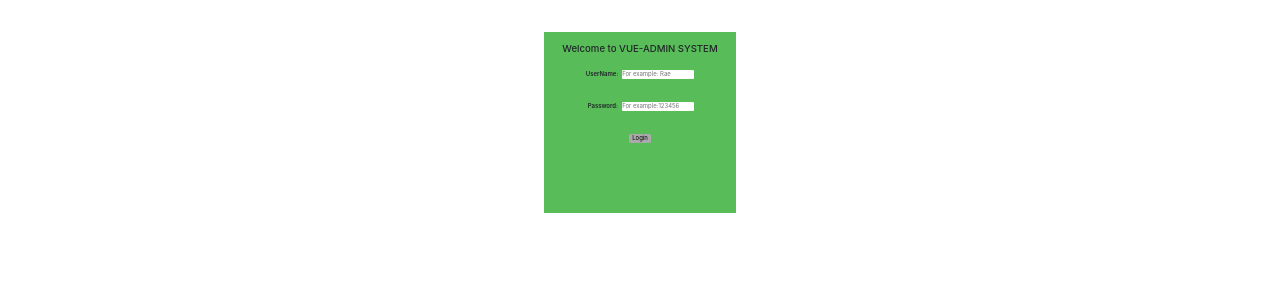
Repository: gzh51904/baiyangApp
Page: / (app in houtai/Vue-admin/)
An editor plug-in stored every save of this project. The page is shown before and after the next save, followed by the edit.
The browser window is 1280 px wide. The pictures show the whole page.
The project was rebuilt for these pictures with package versions that can differ from the ones it lists, and the page was loaded fresh each time. Also part of the build but not shown: houtai/Vue-admin/vue.config.js.

Above is the page before, as saved 2019-05-11 17:01:44.

### houtai/Vue-admin/public/index.html
<!DOCTYPE html>
<html lang="en">
  <head>
    <meta charset="utf-8">
    <meta http-equiv="X-UA-Compatible" content="IE=edge">
    <meta name="viewport" content="width=device-width,initial-scale=1.0">
    <link rel="icon" href="<%= BASE_URL %>favicon.ico">
    <title>secco-admin</title>
    <link rel="stylesheet" href="./base.css">
    <style>
      *{
        margin:0px ;
        padding:0px;
      }
    html,body{
      width:100%;
      height:100%;
    }
    </style>
  </head>
  <body>

    <div id="app"></div>
    <!-- built files will be auto injected -->
  </body>
</html>

### houtai/Vue-admin/src/main.js
import Vue from 'vue'
import App from './App.vue'
import router from './router/router'
import store from './store'

// import axios from "axios";
// Vue.prototype.$axios = axios;

// import bootstrap lib to the project,没有路径就会直接去找node_modules
import "bootstrap";

import 'lib-flexible';
Vue.config.productionTip = false

new Vue({
  router,
  store,
  render: h => h(App)
}).$mount('#app')

### houtai/Vue-admin/src/App.vue
<template>
  <div id="app">

    <router-view/>
  </div>
</template>
<script>

export default {

}
</script>

<style>
@import  '../node_modules/bootstrap/dist/css/bootstrap.css';

#app{
  height:100%;
  width:100%;
  overflow:hidden;
}
</style>

### houtai/Vue-admin/src/router/router.js
import Vue from 'vue'
import Router from 'vue-router'
import Login from '../pages/login.vue'


Vue.use(Router)

export default new Router({
  mode: 'history',
  base: process.env.BASE_URL,
  routes: [
    {
      path: '/',
      name: 'Login',
      component: Login
    },
    {
      path: '/admin',
      name: 'admin',
      meta: {
        requireAuth: true
      },
      // route level code-splitting
      // this generates a separate chunk (about.[hash].js) for this route
      // which is lazy-loaded when the route is visited.
      component: () => import(/* webpackChunkName: "about" */ '../pages/admin/admin.vue'),
      children: [
        {
          path: 'goods',
          name: 'goods',
          title: '商品管理',
          component: () => import('../pages/admin/goods/goods'),//路径要自己改
          children:[
            {
              path: 'list',
              name: 'list',
              title: '商品列表',
              component: () => import('../pages/admin/goods/list'),//路径要自己改
            },
            {
              path: 'categories',
              name: 'categories',
              title: '商品分类',
              component: () => import('../pages/admin/goods/categories'),//路径要自己改
            },
            {
              path: 'addgoods',
              name: 'addgoods',
              title: '添加商品',
              component: () => import('../pages/admin/goods/addgoods'),//路径要自己改
            },
          ]
        },
        {
          path: 'users',
          name: 'users',
          title: '用户管理',
          component: () => import('../pages/admin/users/users'),//路径要自己改
          children:[
            {
              path: 'list',
              name: 'list',
              title: '用户列表',
              component: () => import('../pages/admin/users/list'),//路径要自己改
            },
            {
              path: 'adduser',
              name: 'adduser',
              title: '添加用户',
              component: () => import('../pages/admin/users/adduser'),//路径要自己改
            },

          ]
        },
      ]
    }
  ]
})

### houtai/Vue-admin/src/store/index.js
import Vue from 'vue'
import Vuex from 'vuex'
import createPersistedState from 'vuex-persistedstate'

Vue.use(Vuex)

/* eslint-disable no-new */
const store = new Vuex.Store({
  plugins: [createPersistedState()],
  modules: {
  }
})

export default store

### houtai/Vue-admin/src/pages/login.vue
<template>
<div class="login">
    <h3>Welcome to VUE-ADMIN SYSTEM</h3>
    <div class="login-form">
        <div class="login-form-item">
            <div>
            <span>UserName:</span>
            <input type="text" id="username" placeholder="For example: Rae" v-model="username" @blur="checkName">
           </div>

        </div>

        <div  class="login-form-item">
              <span>Password:</span>
            <input type="password" id="password" placeholder="For example:123456" v-model="password" @blur="checkPassword">
        </div>
        <div  class="login-form-item">
            <button class="login-btn" @click="login">Login</button>
        </div>
    </div>


</div>
</template>
<script>
export default {
    data(){
        return {
            username:null,
            password:null

        }
    },
    methods:{
        checkName(){

        },
        checkPassword(){

        },
        login(){
            this.$router.replace("/admin")
        }

    }
}
</script>
<style lang="scss" scoped>
*{
    padding:0px;
    margin:0px;
}
.login{
  background-color: #ddd;
    margin: 2rem auto;
    overflow:hidden;
    width: 12rem;
    height:11.333333rem;
    /* height:5rem; */
    background-color:#58bc58;
    padding-top:.013333rem;
    h3{
        margin: .666667rem auto;
        text-align: center;
        font-size: .6rem;
        font-weight: 500;
        margin-bottom:1rem;
    }
    .login-form{

        display:flex;
        flex-direction:column;
        justify-content: space-around;
        align-items: center;
        .login-form-item{
            height:2rem;
            font-size: .373333rem;

        span{
            float:left;
            width:2rem;
            text-align: right;
            margin-right: .266667rem;
            font-weight: 600;
        }
        input{
            width:4.5rem;
            border-radius: 5%;

       ::placeholder{
           color: #aaa;
       }
         }
         button{
             background-color:#aaa;
             padding:0 .2rem;
             border-radius:10%;
         }
        }
        }
    }


</style>

### houtai/Vue-admin/public/base.css
/*(1)清除默认样式*/
html, body, ul, li, ol, dl, dd, dt, p, h1, h2, h3, h4, h5, h6, form, fieldset, legend, img,input{ margin:0; padding:0; }
fieldset, img,input,button { border:0 none; padding:0;margin:0;outline-style:none; }   /*去掉input等聚焦时的蓝色边框*/
ul,li,ol{ list-style:none; }
select, input { vertical-align:middle;}
textarea { resize:none; } /*防止拖动*/
img {border:0; vertical-align:middle; }
/*  去掉图片低测默认的3像素空白缝隙，或者用display：block也可以*/
table { border-collapse:collapse; }
a {text-decoration:none; }



/*2.添加公共样式*/
/*body {
    font:12px Arial,Verdana,"\5b8b\4f53";
    color:#666;
    background:#fff;
}*/
/*清除浮动（不管）*/
.clearfix:before,.clearfix:after {  /*清楚浮动*/
    content:"";
    display:table;
}
.clearfix:after{clear:both;}
.clearfix{
    *zoom:1;/*IE/7/6*/
}
h1,h2,h3,h4,h5,h6 {font-weight:normal;font-size:1em;}  /*设置h标签的大小，设置跟父亲一样大的字体font-size:100%;*/
s,i,em{font-style:normal;text-decoration:none;}


/*公共类*/
.container {  /*内容、版心 提取 */
    width: 1210px;
    margin:0 auto;
}
.fl {
    float:left;
}
.fr {
    float:right;
}
.ac {
    text-align:center;
}
.hide {
    display:none;
}
.f12{ font-size: 12px;}
.f14{ font-size: 14px;}
.f16{ font-size: 16px;}

After the next save:
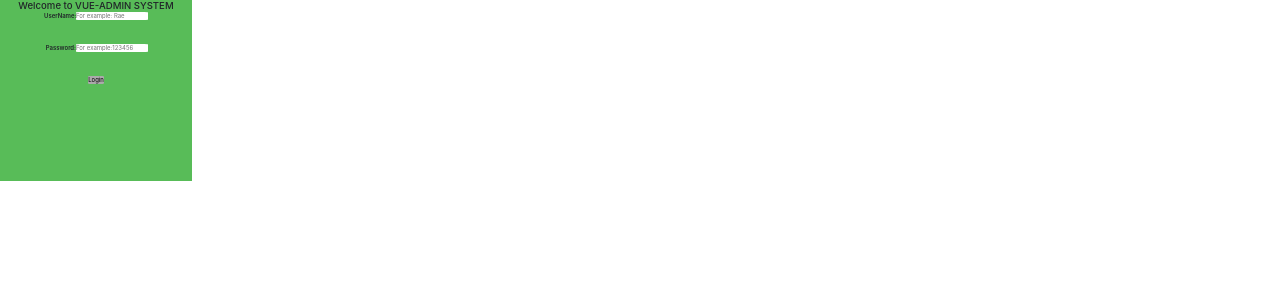
Saved 19 s later.
--- a/houtai/Vue-admin/public/index.html
+++ b/houtai/Vue-admin/public/index.html
@@ -9,8 +9,8 @@
     <link rel="stylesheet" href="./base.css">
     <style>
       *{
-        margin:0px ;
-        padding:0px;
+        margin:0px!important ;
+        padding:0px !important;
       }
     html,body{
       width:100%;

After the save that followed:
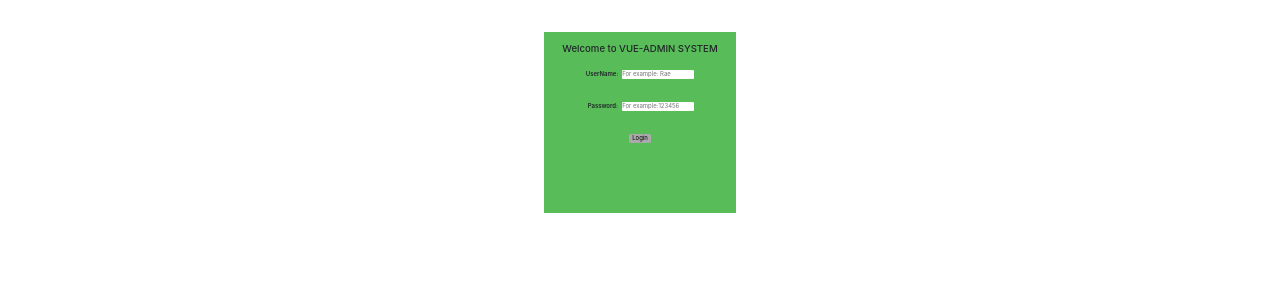
Saved 16 s later.
--- a/houtai/Vue-admin/public/index.html
+++ b/houtai/Vue-admin/public/index.html
@@ -9,8 +9,8 @@
     <link rel="stylesheet" href="./base.css">
     <style>
       *{
-        margin:0px!important ;
-        padding:0px !important;
+        margin:0px ;
+        padding:0px;
       }
     html,body{
       width:100%;
